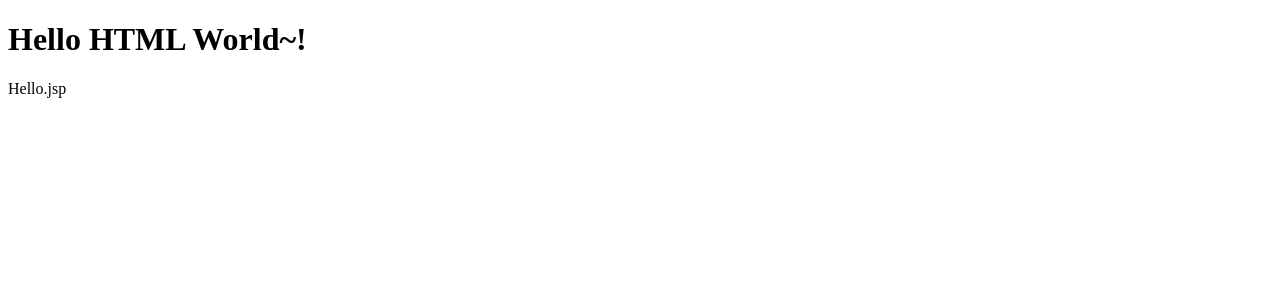
Repository: douni05/2025_JSP
Page: week1/src/main/webapp/hello.html
The author's editor kept a copy of each file at every save. The page is drawn from the files as they stood at one save, then again after the next save.
The browser window is 1280 px wide. The pictures show the whole page.

Above is the page before, as saved 2025-08-28 03:23:45.

### week1/src/main/webapp/hello.html
<!DOCTYPE html>
<html>
<head>
<meta charset="UTF-8">
<title>Insert title here</title>
</head>
<body>
	<h1>Hello HTML World~!</h1>
	<a herf="hello.jsp">Hello.jsp</a>
</body>
</html>

After the next save:
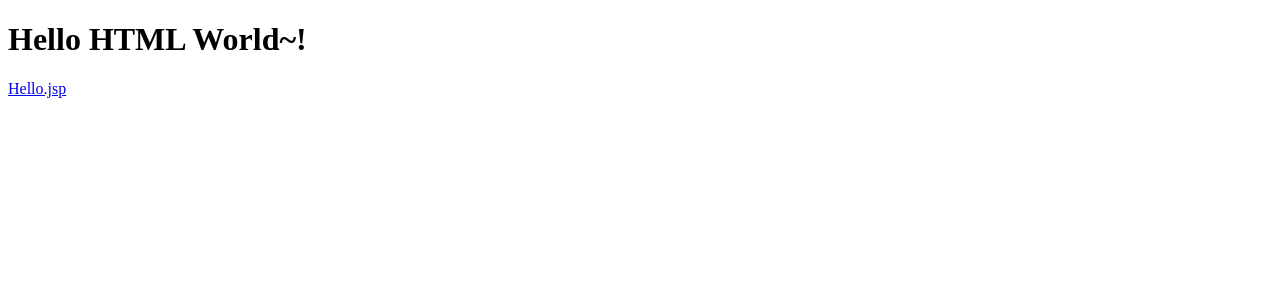
Saved 20 s later.
--- a/week1/src/main/webapp/hello.html
+++ b/week1/src/main/webapp/hello.html
@@ -6,6 +6,6 @@
 </head>
 <body>
 	<h1>Hello HTML World~!</h1>
-	<a herf="hello.jsp">Hello.jsp</a>
+	<a href="hello.jsp">Hello.jsp</a>
 </body>
 </html>
